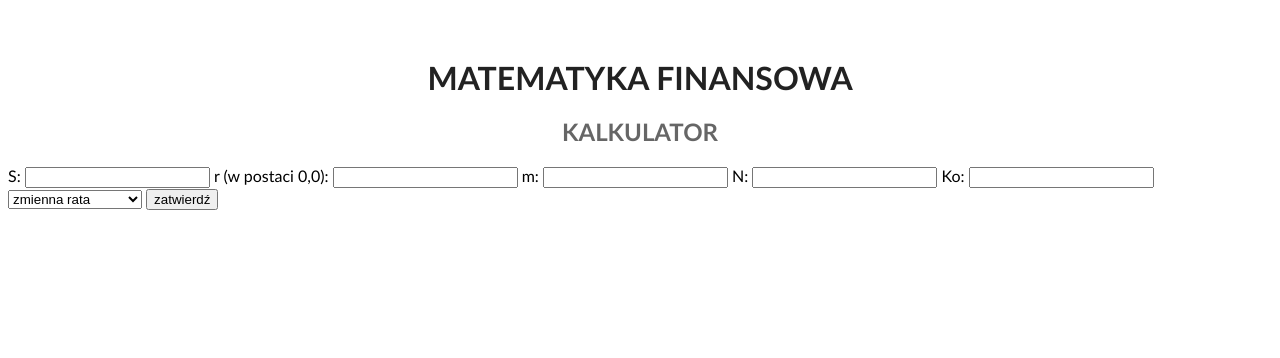
Repository: ravkita/MFCalc
Page: index.html
An editor plug-in stored every save of this project. The page is shown before and after the next save, followed by the edit.
The browser window is 1280 px wide. The pictures show the whole page.

Above is the page before, as saved 2021-04-12 19:17:51.

### index.html
<!DOCTYPE html>
<html lang="en">
<head>
    <meta charset="UTF-8">
    <meta http-equiv="X-UA-Compatible" content="IE=edge">
    <meta name="viewport" content="width=device-width, initial-scale=1.0">
    <title>Kalkulator</title>

    <style type="text/css">
        body{
            font-family: 'Gill Sans', 'Gill Sans MT', Calibri, 'Trebuchet MS', sans-serif;
        }
        .header{
            width: 100%;
            display: flex;
            flex-direction: column;
            justify-content: center;
            align-items: center;
        }
        .title{
            color: #222;
            margin-top: 50px;
            margin-bottom: 10px;
        }
        .subtitle{
            margin-top: 10px;
            color: #666666;
        }
    </style>
</head>
<body>
    <header class="header">
        <h1 class="title">MATEMATYKA FINANSOWA</h1>
    <h2 class="subtitle">KALKULATOR</h2>
    </header>
    <form action="" id="rata">
        <label for="S">S:</label> <input type="number" name="S" class="s">
        <label for="r">r (w postaci 0,0):</label> <input type="number" name="r" class="r">
        <label for="m">m:</label> <input type="number" name="m" class="m">
        <label for="N">N:</label> <input type="number" name="N" class="N">
        <label for="Ko">Ko:</label> <input type="number" name="Ko" class="Ko">
        <select name="type" id="typ">
            <option value="1">zmienna rata</option>
            <option value="2">zmienne płatności</option>
            <option value="3">narastanie kapitału</option>
        </select>
        <input type="button" name="confirm" id="confirm" value="zatwierdź">
    </form>
    <div class="result">

    </div>
    <script type="text/javascript">
        let s;
        let r;
        let m;
        let N;
        let q;
        let a;
        let Ko;
        let Sn = [];

        // RATY


        function rataStała(){
            const el = document.createElement("p");
            let t = s/(m*N);
            el.innerText = `T: ${t}`;
            document.querySelector('.result').appendChild(el);
        }
        function rataZmienna(){
            let tn = [];
            let sumaTn = 0;
                for(let i = 1; i<=N*m; i++){
                    const el = document.createElement("p");
                    tn[i-1] = s*((Math.pow(q, i) - Math.pow(q, i-1))/(Math.pow(q, m*N) - 1));
                    sumaTn += tn[i-1];
                    el.innerText = `T${i}: ${tn[i-1]}`;
                    document.querySelector('.result').appendChild(el);
                }
                const suma = document.createElement("p");
            suma.innerText = `Suma rat: ${sumaTn}`;
            document.querySelector('.result').appendChild(suma);
        }

        //KWOTA PŁATNOŚCI

        function kwotaPlatnosciStala(){
            const el = document.createElement("p");
            a = s*Math.pow(q, m*N)*((q-1)/(Math.pow(q, m*N)-1));
            el.innerText = `A: ${a}`;
            document.querySelector('.result').appendChild(el);
        }
        function kwotaPlatnosciZmienna(){
            for(let i = 1; i<=N*m; i++){
                const el = document.createElement("p");
                let an = (s/(N*m))*[1+((N*m)-i+1)*(r/m)];
                el.innerText = `A${i}: ${an}`;
                document.querySelector('.result').appendChild(el);
            }
        }

        // ODSETKI
        function odsetkiPrzyStalejRacie(){
            let sumaOs = 0;
            for(let i = 1; i<=N*m; i++){
                const el = document.createElement("p");
                let On = s*[1-((i-1)/(N*m))]*(r/m);
                sumaOs += On;
                el.innerText = `O${i}: ${On}`;
                document.querySelector('.result').appendChild(el);
            }
            const suma = document.createElement("p");
            suma.innerText = `Suma odsetek: ${sumaOs}`;
            document.querySelector('.result').appendChild(suma);
        }

        function odsetkiPrzyStalejKwocie(){
            saldoPrzyStałejKwocie();
            let On
            let sumaO = 0;
            for(let i = 1; i<=N*m; i++){
                const el = document.createElement("p");
                if(i === 1){
                     On = s*(r/m);
                     sumaO += On;
                }else{
                     On = Sn[i-2]*(r/m);
                     sumaO += On;
                }

                el.innerText = `O${i}: ${On}`;
                document.querySelector('.result').appendChild(el);
            }
            const suma = document.createElement("p");
            suma.innerText = `Suma odsetek: ${sumaO}`;
            document.querySelector('.result').appendChild(suma);
        }


        //SALDO
        function saldoPrzyStałejKwocie(){
            kwotaPlatnosciStala();
            for(let i = 1; i<=N*m; i++){
                const el = document.createElement("p");
                Sn[i-1] = s*(Math.pow((1+(r/m)), i)) - a*((Math.pow((1+(r/m)), i)-1)/((1+(r/m))-1));
                el.innerText = `S${i}: ${Sn[i-1]}`;
                document.querySelector('.result').appendChild(el);
            }
        }

        function saldoPrzyStałejRacie(){
            for(let i = 1; i<=N*m; i++){
                const el = document.createElement("p");
                let SnS = s*(1-(i/(N*m)));
                el.innerText = `S${i}: ${SnS}`;
                document.querySelector('.result').appendChild(el);
            }
        }


        //NARASTANIE KAPITAŁU

        function narastanieKapitału(){
            for(let i = 1; i<=N; i++){
                const el = document.createElement("p");
                let Kn = Ko*(Math.pow((1+(r/m)), i*m));
                el.innerText = `K${i}: ${Kn}`;
                document.querySelector('.result').appendChild(el);
            }
        }



        function getData(){
            document.getElementById('confirm').addEventListener('click', (e) =>{
                s = document.querySelector('.s').value;
                r = document.querySelector('.r').value;
                m = document.querySelector('.m').value;
                N = document.querySelector('.N').value;
                Ko = document.querySelector('.Ko').value;
                q = 1+(r/m);
                let type = document.querySelector('#typ').value;
                document.querySelector('.result').innerHTML="";

                switch (type){
                    case "1":
                    rataZmienna();
                    kwotaPlatnosciStala();
                    odsetkiPrzyStalejKwocie()
                    break;
                    case "2":
                    rataStała();
                    kwotaPlatnosciZmienna();
                    odsetkiPrzyStalejRacie();
                    saldoPrzyStałejRacie();
                    break;
                    case "3":
                    narastanieKapitału();
                }
            });
        }
        getData();
    </script>
</body>
</html>

After the next save:
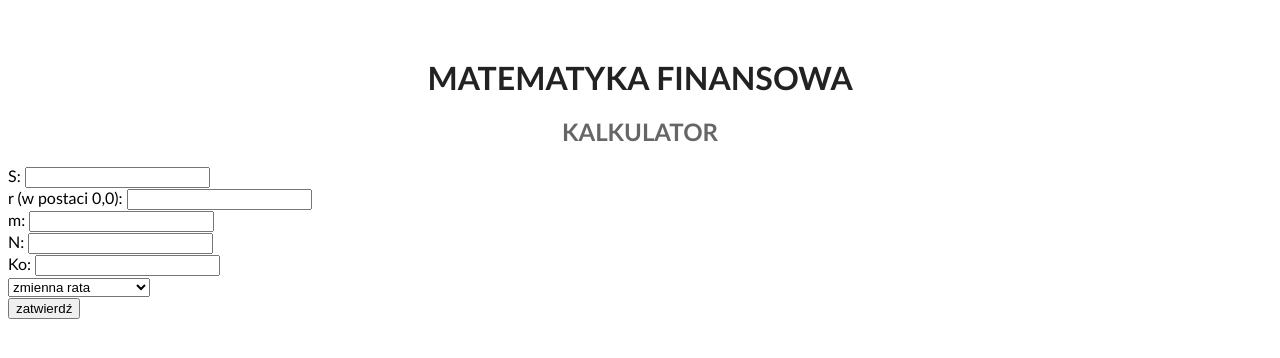
Saved 2 min 56 s later.
--- a/index.html
+++ b/index.html
@@ -26,6 +26,7 @@
             margin-top: 10px;
             color: #666666;
         }
+
     </style>
 </head>
 <body>
@@ -34,16 +35,24 @@
     <h2 class="subtitle">KALKULATOR</h2>
     </header>
     <form action="" id="rata">
-        <label for="S">S:</label> <input type="number" name="S" class="s">
-        <label for="r">r (w postaci 0,0):</label> <input type="number" name="r" class="r">
-        <label for="m">m:</label> <input type="number" name="m" class="m">
-        <label for="N">N:</label> <input type="number" name="N" class="N">
-        <label for="Ko">Ko:</label> <input type="number" name="Ko" class="Ko">
-        <select name="type" id="typ">
+        <div class="formItem"><label for="S">S:</label> <input type="number" name="S" class="s"></div>
+        <div class="formItem"><label for="r">r (w postaci 0,0):</label> <input type="number" name="r" class="r"></div>
+        <div class="formItem"><label for="m">m:</label> <input type="number" name="m" class="m"></div>
+        <div class="formItem"><label for="N">N:</label> <input type="number" name="N" class="N"></div>
+        <div class="formItem"><label for="Ko">Ko:</label> <input type="number" name="Ko" class="Ko"></div>
+        <div class="formItem">
+            <select name="type" id="typ">
+            <option default disabled>Wybierz typ zadania</option>
             <option value="1">zmienna rata</option>
             <option value="2">zmienne płatności</option>
             <option value="3">narastanie kapitału</option>
-        </select>
+        </select></div>
+
+
+
+
+
+
         <input type="button" name="confirm" id="confirm" value="zatwierdź">
     </form>
     <div class="result">
